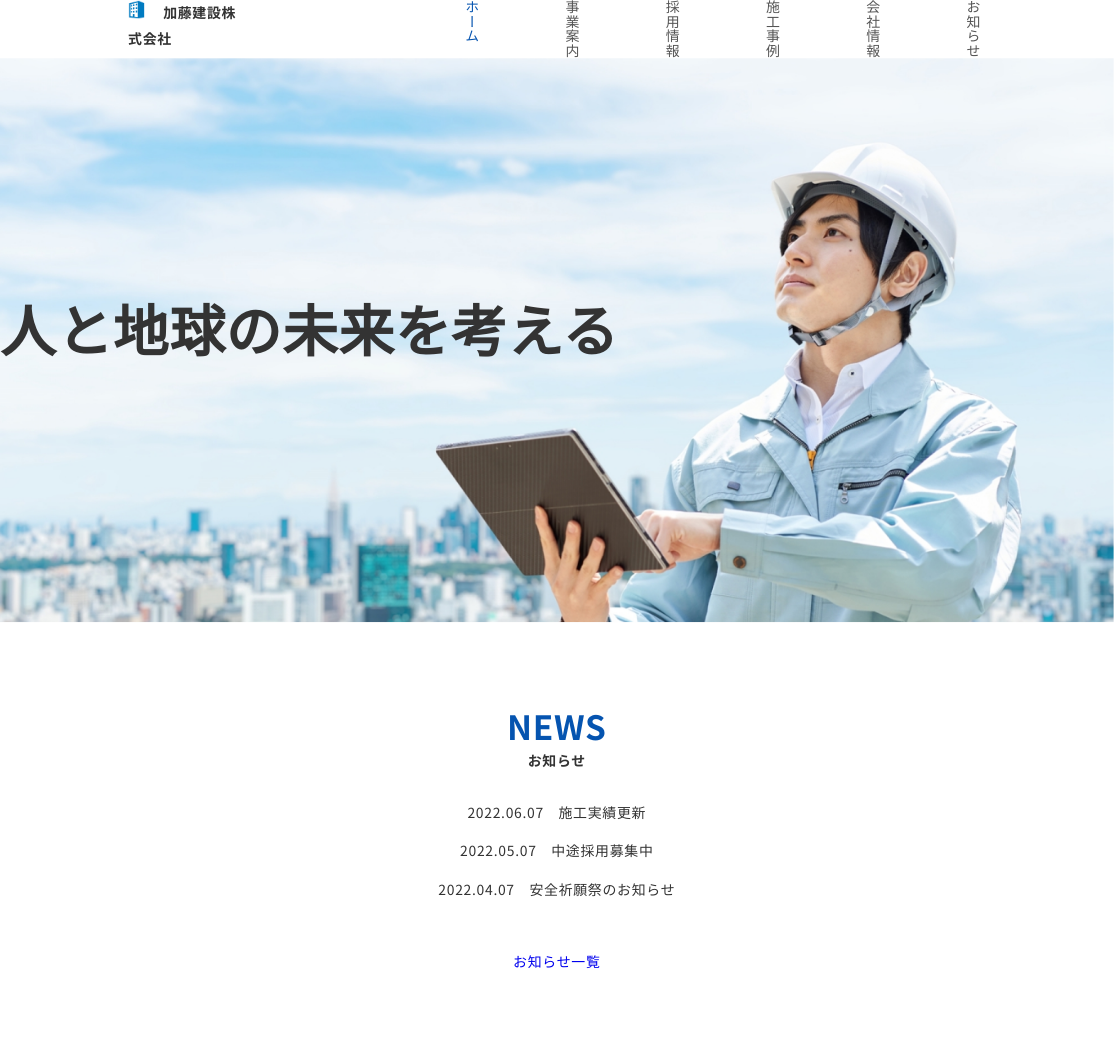
Repository: nozomi-23/hp1_test
Page: index.html
These files come from the project's save history. The page is drawn as it stood at one moment and after a run of saves; the edit follows.
The browser window is 1280 px wide. The pictures show the whole page, at 87% of full size.

Above is the page before, as saved 2022-06-12 11:07:25.

After the next 4 saves:
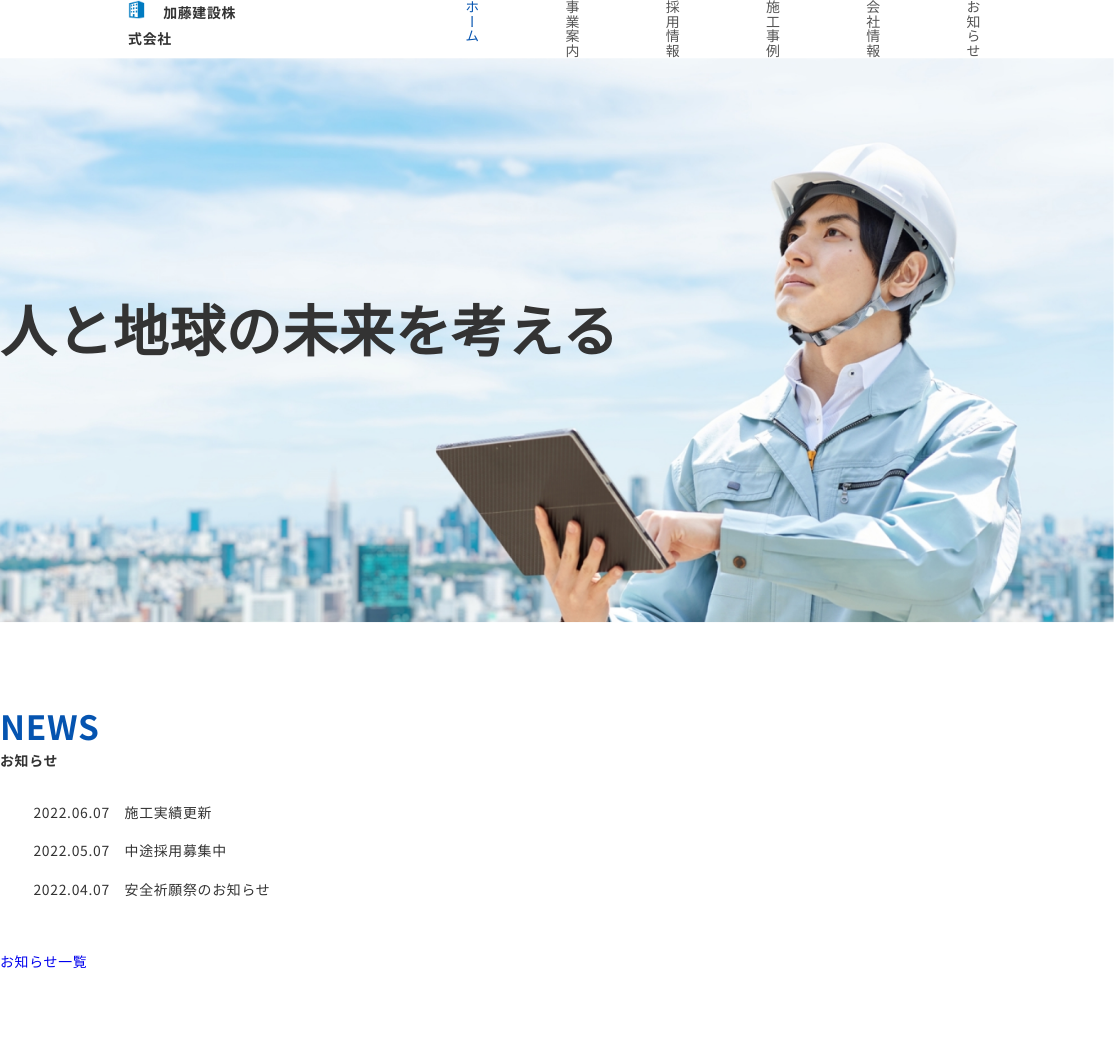
The 4 saves are shown as one change because they came seconds apart.
The last was saved 24 s later.
--- a/css/index.css
+++ b/css/index.css
@@ -64,7 +64,8 @@ news
   display: block;
 }
 .news_wrapper {
-
+  text-align: left;
+  di
 }
 .news_wrapper ul{
   padding: 3%;
